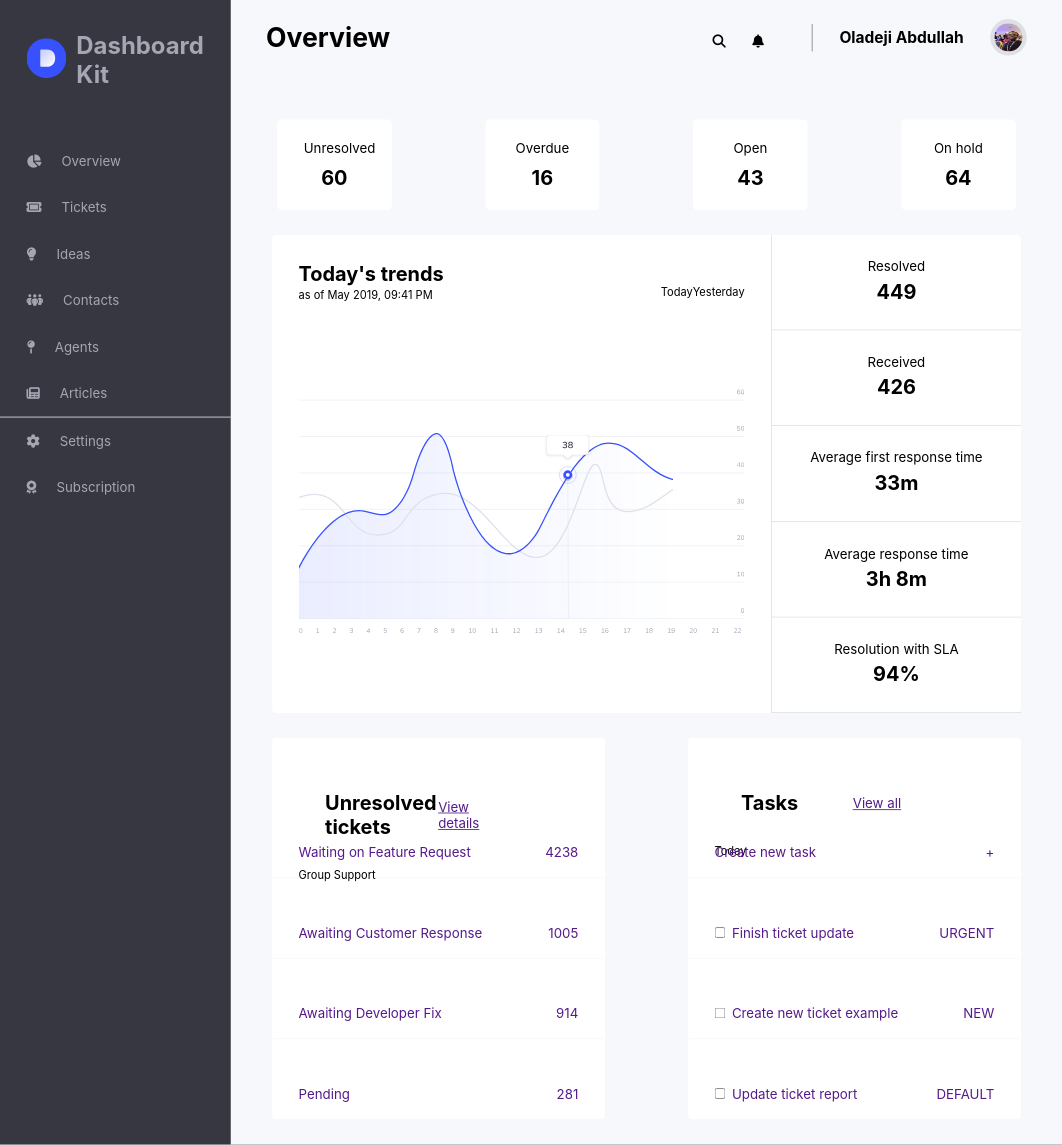
Repository: BuduCE/dashboard
Page: /
An editor plug-in stored every save of this project. The page is shown before and after the next save, followed by the edit.
The browser window is 1280 px wide. The pictures show the whole page, at 83% of full size.
Some web libraries are served in a nearby version. The project was rebuilt for these pictures with package versions that can differ from the ones it lists, and the page was loaded fresh each time. Also part of the build but not shown: src/pages/Tickets/index.jsx, src/components/common/Logo/styles.css.

Above is the page before, as saved 2022-08-06 00:24:05.

After the next save:
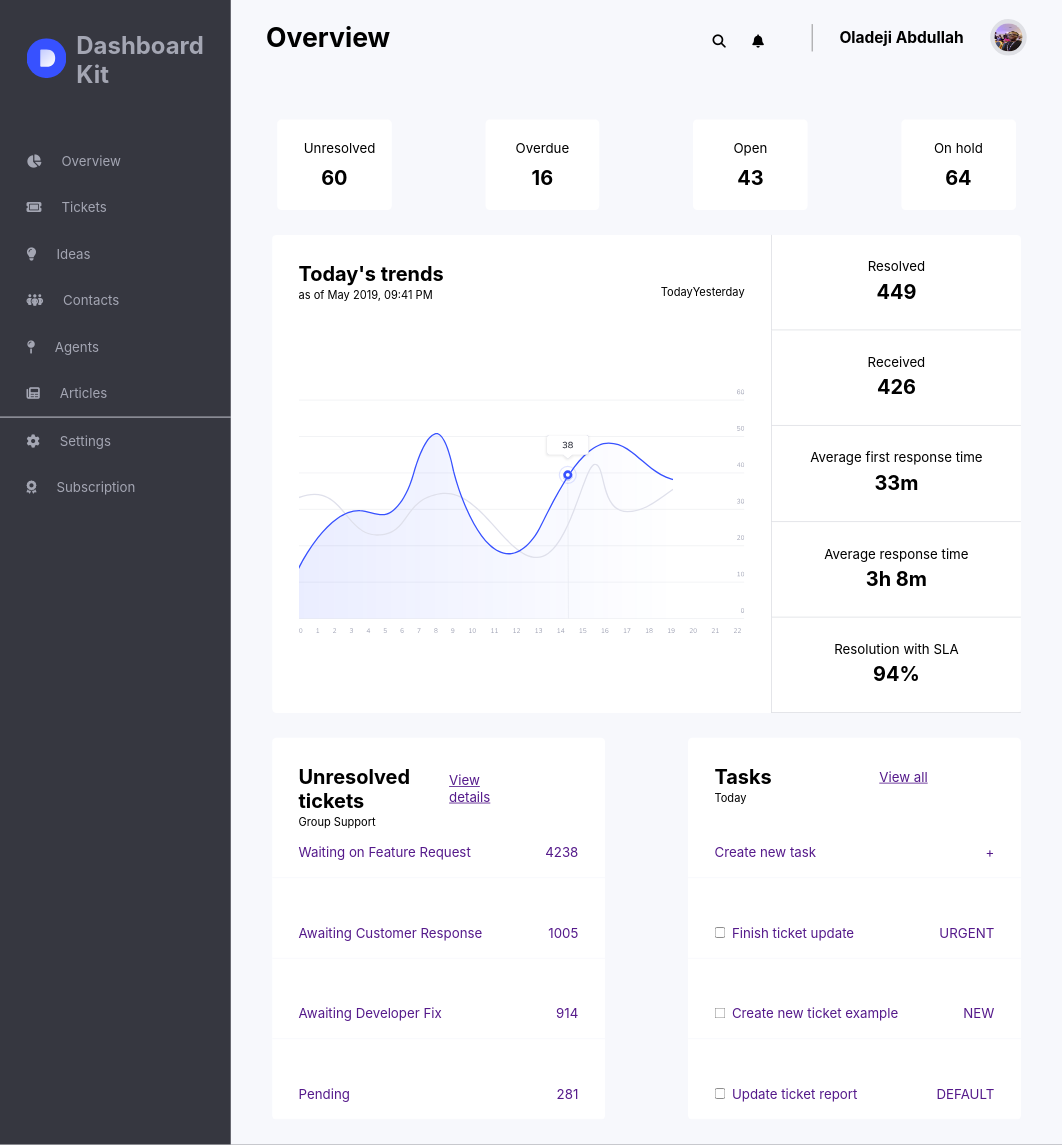
Saved 83 s later.
--- a/src/components/common/SideNav/index.jsx
+++ b/src/components/common/SideNav/index.jsx
@@ -1,6 +1,6 @@
 import React from 'react'
 import Overview from '../../../pages/Overview'
-import Tickets from '../../../pages/Tickets'
+// import Tickets from '../../../pages/Tickets'
 import Header from '../Header'
 import Logo from '../Logo'
 import './styles.css'
